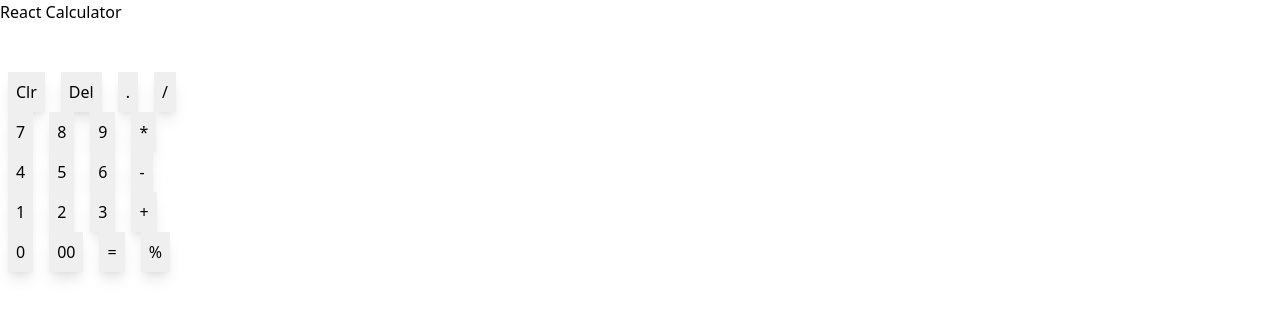
Repository: latenightsnacc/React-Calculator
Page: / (app in docs/react-calculator/)
The author's editor kept a copy of each file at every save. The page is drawn from the files as they stood at one save, then again after the next save.
The browser window is 1280 px wide. The pictures show the whole page.
The project was rebuilt for these pictures with package versions that can differ from the ones it lists, and the page was loaded fresh each time. Also part of the build but not shown: docs/react-calculator/craco.config.js.

Above is the page before, as saved 2021-11-11 15:41:08.

After the next save:
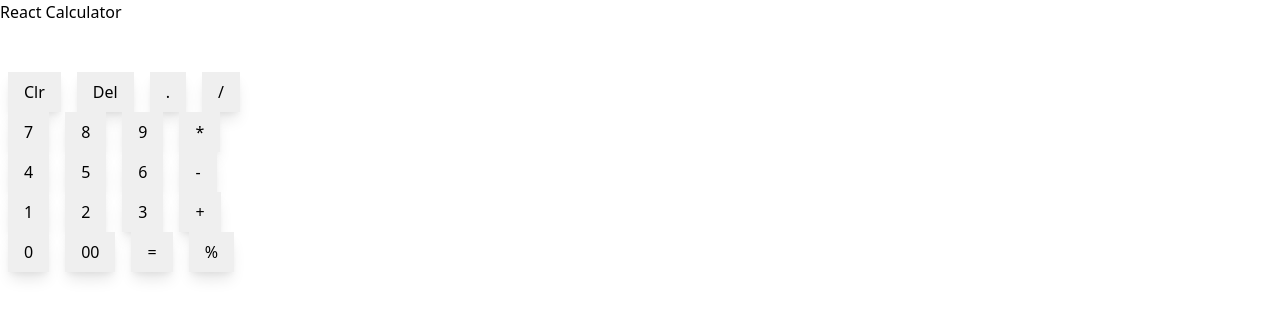
Saved 10 s later.
--- a/docs/react-calculator/src/components/Button.js
+++ b/docs/react-calculator/src/components/Button.js
@@ -2,7 +2,7 @@ import React from 'react'
 
 const Button = (props) => {
     return(
-        <input className="shadow-lg mx-2 p-2"
+        <input className="shadow-lg mx-2 py-2 px-4"
             type="button"
             value={props.label}
         />
